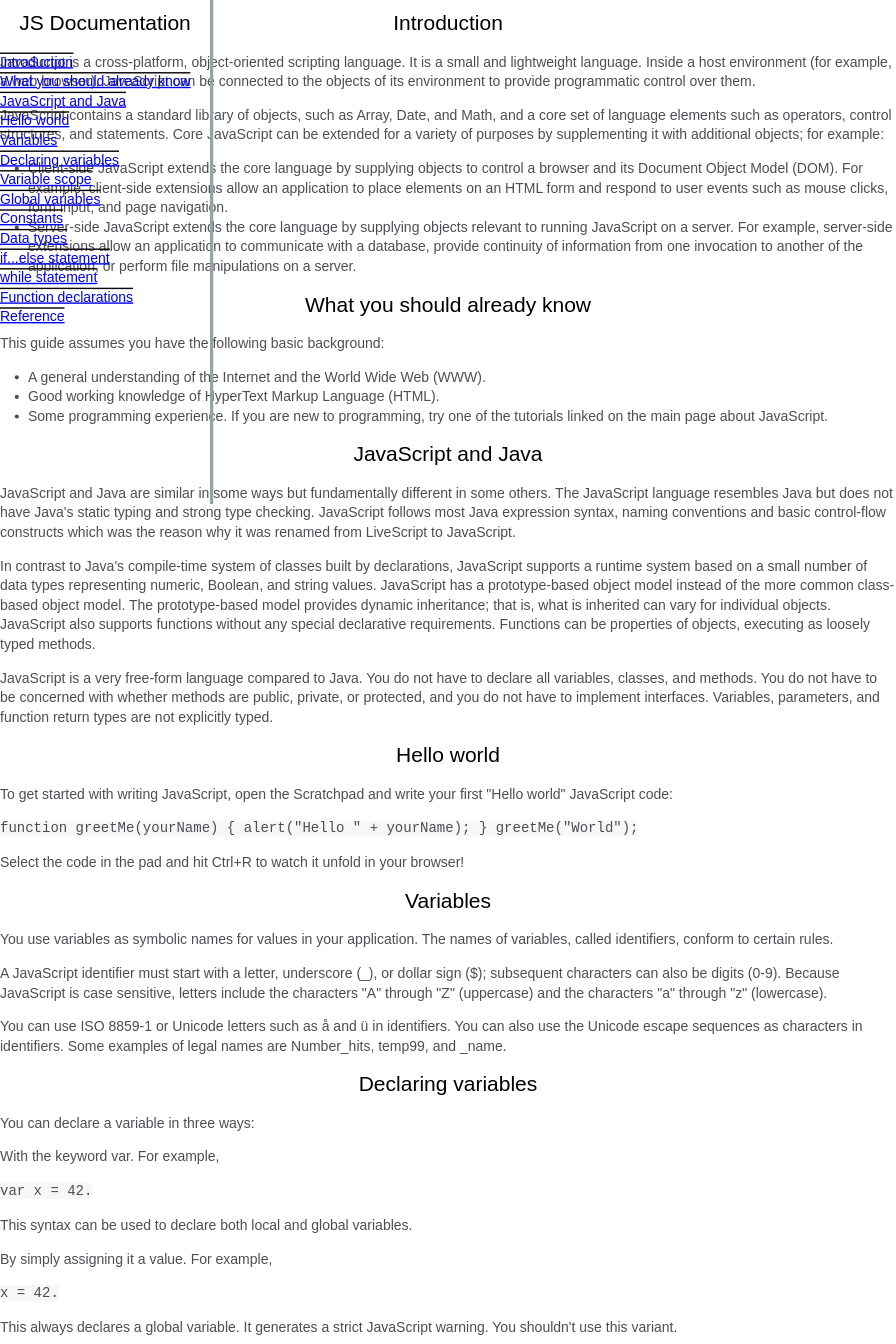
Repository: Lungdjos/technical_document_page_certificate
Page: index.html
These files come from the project's save history. The page is drawn as it stood at one moment and after a run of saves; the edit follows.
The browser window is 1280 px wide. The pictures show the part of the page from y = 0 to 1920 px (the page is 5776 px tall before and 5728 px after), at 70% of full size.

Above is the page before, as saved 2023-11-21 22:43:19.

After the next 2 saves:
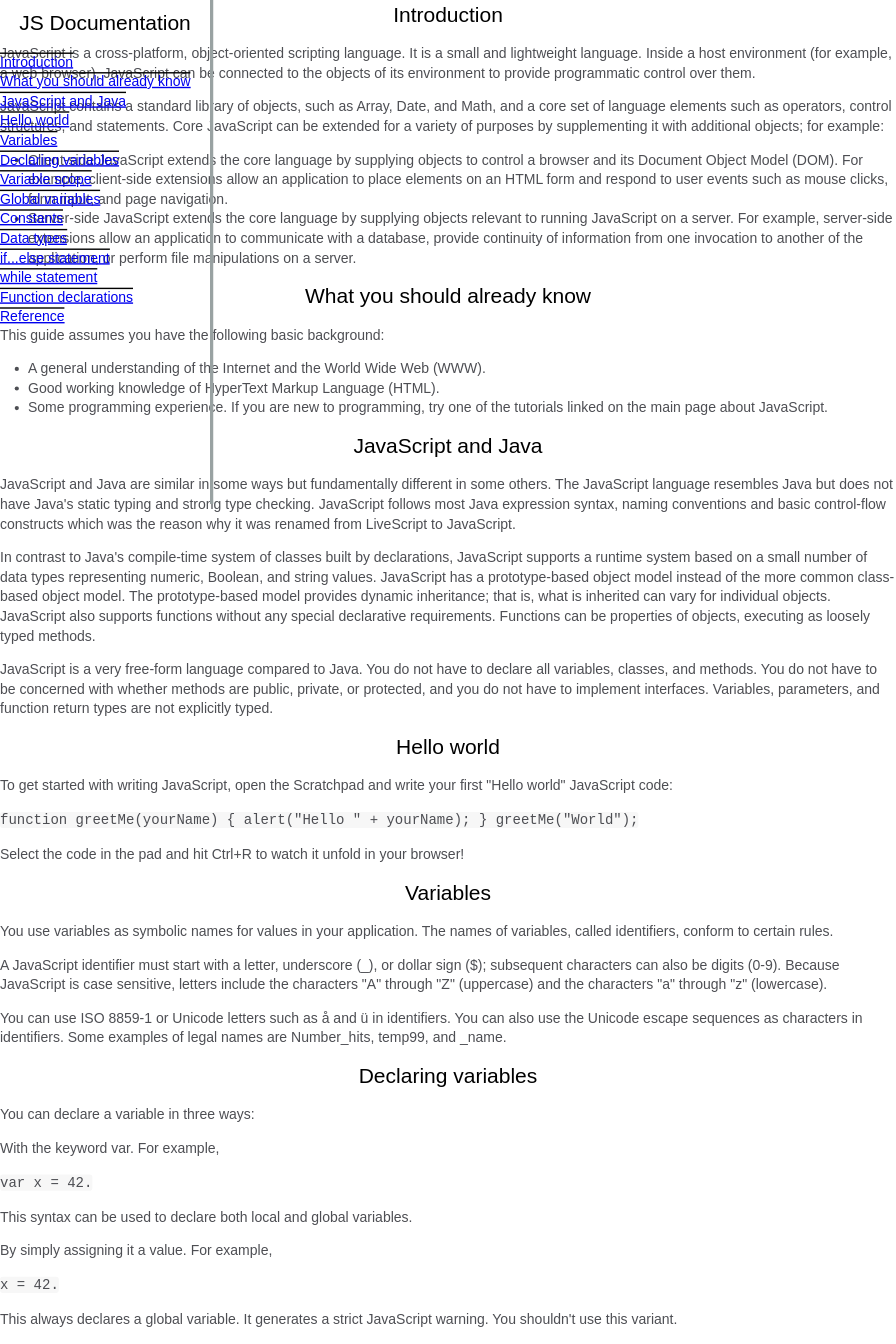
The 2 saves are shown as one change because they came seconds apart.
The last was saved 11 s later.
--- a/styles.css
+++ b/styles.css
@@ -57,4 +57,6 @@ code {
     padding: auto;
 }
 
-#main-doc header {}
+#main-doc header {
+    margin: 0;
+}
